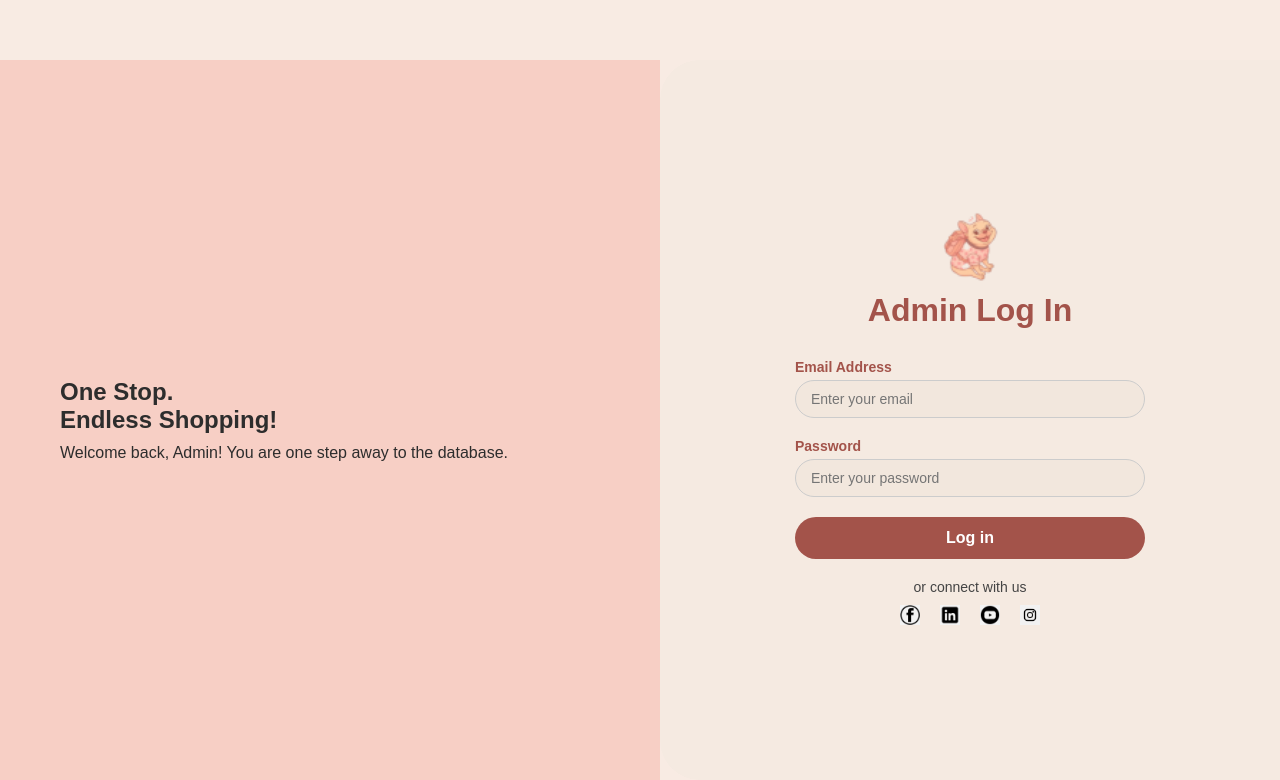
Repository: Yanayana-p/Bullgoods
Page: /adminlogin (app in Bullgoodiez/)
An editor plug-in stored every save of this project. The page is shown before and after the next save, followed by the edit.
The browser window is 1280 px wide. The pictures show the whole page.
Some web fonts or font styles are not loaded; a fallback is used. The project was rebuilt for these pictures with package versions that can differ from the ones it lists, and the page was loaded fresh each time. Also part of the build but not shown: Bullgoodiez/vite.config.js, Bullgoodiez/src/components/Navbar.css, Bullgoodiez/src/components/Navbar.jsx, Bullgoodiez/src/components/Home.jsx, Bullgoodiez/src/components/Developers.css, Bullgoodiez/src/components/Developers.jsx, Bullgoodiez/src/components/Mission1.css, Bullgoodiez/src/components/Mission1.jsx and 22 more.

Above is the page before, as saved 2025-05-18 22:26:21.

### Bullgoodiez/index.html
<!doctype html>
<html lang="en">
  <head>
    <meta charset="UTF-8" />
    <link rel="icon" type="image/svg+xml" href="/vite.svg" />
    <meta name="viewport" content="width=device-width, initial-scale=1.0" />
    <title>Bullgoods Marketplace</title>
       <!-- Google Fonts link-->
       <link href="https://fonts.googleapis.com/css2?family=Poetsen+One&display=swap" rel="stylesheet">
       <link rel="preconnect" href="https://fonts.googleapis.com">
   <link rel="preconnect" href="https://fonts.gstatic.com" crossorigin>
   <link href="https://fonts.googleapis.com/css2?family=Poppins:ital,wght@0,100;0,200;0,300;0,400;0,500;0,600;0,700;0,800;0,900;1,100;1,200;1,300;1,400;1,500;1,600;1,700;1,800;1,900&display=swap" rel="stylesheet">
   <link rel="preconnect" href="https://fonts.googleapis.com">
   <link rel="preconnect" href="https://fonts.gstatic.com" crossorigin>
   <link href="https://fonts.googleapis.com/css2?family=League+Spartan:wght@100..900&family=Poppins:ital,wght@0,100;0,200;0,300;0,400;0,500;0,600;0,700;0,800;0,900;1,100;1,200;1,300;1,400;1,500;1,600;1,700;1,800;1,900&display=swap" rel="stylesheet">

  </head>
  <body>
    <div id="root"></div>
    <script type="module" src="/src/main.jsx"></script>
  </body>
</html>

### Bullgoodiez/src/index.css
* {
  margin: 0;
  padding: 0;
  box-sizing: border-box;
}

body {
  font-family: 'Segoe UI', sans-serif;
  background-color: #F2E7DD;
  color: #333;
}

a {
  text-decoration: none;
  color: inherit;
}

html {
  scroll-behavior: smooth;
}

### Bullgoodiez/src/App.jsx
import React from 'react';
import { useParams } from 'react-router-dom';
import { BrowserRouter as Router, Routes, Route } from 'react-router-dom';

// Main page components
import Navbar from './components/Navbar';
import Home from './components/Home';
import Developers from './components/Developers';
import Mission from './components/Mission1';
import Footer from './components/Footer1';

// First page components
import Fnavbar1 from './firstpage/Fnavbar';
import Fhome from './firstpage/Fhome';
import Fcategory from './firstpage/fcategory';
import Fproducts from './firstpage/Fproducts';
import Ffooter from './firstpage/Ffooter';

// User page components
import Unavbar from './userpage/Unavbar';
import Uprofile from './userpage/Uprofile';
import Uinfo from './userpage/Uinfo';
import Ufooter from './userpage/Ufooter';

import LoginPage from './loginpage/loginpage';
import Navibar from './components/Navibar';

import Pnavbar from './dproductpage/Pnavbar';
import Pproduct from './dproductpage/Pproduct';
import Pfooter from './dproductpage/Pfooter';

import Alogin from './adminlogin/alogin';


function MainPage() {
  return (
    <>
      <Navbar />
      <div id="hero">
        <Home />
      </div>
      <div id="developers">
        <Developers />
      </div>
      <div id="mission">
        <Mission />
      </div>
      <div id="footer">
        <Footer />
      </div>
    </>
  );
}

function FirstPage() {
  return (
    <>
      <Fnavbar1 />
      <div className="fhome-wrapper">
        <Fhome />
      </div>
      <div className="fcategory-wrapper">
        <Fcategory />
      </div>
      <div className="fproducts-wrapper">
        <Fproducts />
      </div>
      <div className="ffooter-wrapper">
        <Ffooter />
      </div>
    </>
  );
}

function UserPage() {
  return (
    <>
      <Unavbar />
      <div className="Uprofile-wrapper">
        <Uprofile />
      </div>
      <div className="Uinfo-wrapper">
        <Uinfo />
      </div>
      <div className="Ufooter-wrapper">
        <Ufooter />
      </div>
    </>
  );
}

function ProductPage() {
  const { id } = useParams();
  return (
    <>
      <Pnavbar />
      <div className="product-wrapper">
        <Pproduct productId={id} />
      </div>
      <Pfooter />
    </>
  );
}

function AdminLogin() {
  return (
    <>
      <Alogin />
    </>
  );
}

function App() {
  return (
    <Router>
      <Routes>
        <Route path="/" element={<MainPage />} />
        <Route path="/firstpage" element={<FirstPage />} />
        <Route path="/userpage" element={<UserPage />} />
        <Route path="/loginpage" element={<><Navibar /> <LoginPage /></>} />
        <Route path="/dproductpage/:id" element={<ProductPage />} />
        <Route path="/adminlogin" element={<AdminLogin />} />
      </Routes>
    </Router>
  );
}

export default App;

### Bullgoodiez/src/adminlogin/alogin.jsx
import React from 'react';
import './alogin.css';

const alogin = () => {
  return (
    <div className="admin-login-page">
      <div className="admin-left-panel">
        <h2>One Stop.<br />Endless Shopping!</h2>
        <p>Welcome back, Admin! You are one step away to the database.</p>
      </div>

      <div className="admin-right-panel">
        <img src="/webcon.png" alt="Bullgoods" className="logo" />
        <h1>Admin Log In</h1>
        <form className="login-form">
          <label>Email Address</label>
          <input type="email" placeholder="Enter your email" />

          <label>Password</label>
          <input type="password" placeholder="Enter your password" />

          <button type="submit">Log in</button>
        </form>

        <p className="connect-text">or connect with us</p>
        <div className="social-icons">
          <a href="#"><img src="/fb-icon.png" alt="Facebook" /></a>
          <a href="#"><img src="/linkedin-icon.png" alt="LinkedIn" /></a>
          <a href="#"><img src="/youtube-icon.png" alt="YouTube" /></a>
          <a href="#"><img src="/instagram-icon.png" alt="Instagram" /></a>
        </div>
      </div>
    </div>
  );
};

export default alogin;

### Bullgoodiez/src/components/Home.css
@import url('https://fonts.googleapis.com/css2?family=Dancing+Script:wght@400;700&family=Poppins:wght@400;600&display=swap');

.home-container {
    padding-top: 100px;
    text-align: center;
}

.hero-section {
    background-color: #f0f0f0;
    padding: 100px 40px;
    border: 2px solid #CA8E82;
    border-radius: 36px;
    max-width: 1500px;
    margin: 0 auto;
    display: flex;
    justify-content: space-between;
    align-items: center;
    gap: 0px;
    transition: transform 0.3s ease-in-out;
}

.hero-section:hover {
    transform: translateY(-10px);
}

.hero-section .image-container {
    width: 50%;
}

.hero-section img {
    width: 80%;
    height: auto;
    transition: transform 0.3s ease-in-out;
}

.hero-section img:hover {
    transform: scale(1.1);
}

.hero-section .text-container {
    width: 50%;
    text-align: center;
    display: flex;
    flex-direction: column;
    align-items: center;
    justify-content: center;
}

.hero-section h1 {
    font-family: 'Dancing Script', cursive;
    font-size: 48px;
    color: #CA8E82;
    margin-bottom: 20px;
    letter-spacing: 1px;
    animation: fadeIn 1s ease-out;
}

@keyframes fadeIn {
    0% {
        opacity: 0;
        transform: translateY(20px);
    }
    100% {
        opacity: 1;
        transform: translateY(0);
    }
}

.hero-section p {
    font-family: 'Poppins', sans-serif;
    font-size: 20px;
    color: #666;
    line-height: 1.6;
    letter-spacing: 0.5px;
    opacity: 0;
    animation: fadeIn 1.5s ease-out forwards;
    animation-delay: 0.5s;
}

.shop-now {
    padding: 10px 30px;
    background-color: #CA8E82;
    border: none;
    color: white;
    font-size: 18px;
    font-weight: bold;
    cursor: pointer;
    border-radius: 27px;
    margin-top: 20px;
    transition: background-color 0.3s ease, transform 0.3s ease;
}

.shop-now:hover {
    background-color: #292421;
    transform: translateY(-5px);
}

.features {
    padding: 50px 20px;
}

.features h2 {
    font-size: 30px;
    color: #333;
    font-family: 'Poppins', sans-serif;
    font-weight: 600;
}

.feature-cards {
    display: flex;
    justify-content: center;
    gap: 30px;
    margin-top: 40px;
}

.feature-card {
    background-color: #f8f8f8;
    border: 1px solid #ddd;
    padding: 20px;
    width: 250px;
    text-align: center;
    border-radius: 10px;
    transition: transform 0.3s ease, box-shadow 0.3s ease;
}

.feature-card:hover {
    transform: translateY(-10px);
    box-shadow: 0 8px 16px rgba(0, 0, 0, 0.1);
}

.feature-card h3 {
    font-size: 20px;
    color: #CA8E82;
    font-family: 'Dancing Script', cursive;
    transition: color 0.3s ease;
}

.feature-card:hover h3 {
    color: #292421;
}

.feature-card p {
    font-size: 16px;
    color: #555;
    font-family: 'Poppins', sans-serif;
    transition: color 0.3s ease;
}

.feature-card:hover p {
    color: #CA8E82;
}

### Bullgoodiez/src/components/Footer1.css
.footer {
    display: flex;
    justify-content: space-between;
    padding: 30px;
    background-color: #f2e7dd; /* Background color for the footer */
    color: #CA8E82; /* Text color */
    font-family: 'Arial', sans-serif;
    margin-top: 30px; /* Ensure there's space between the content and the footer */
    z-index: 1;  /* Set a lower z-index than the navbar if needed */
    position: relative; /* Ensures the footer is positioned within the normal document flow */
  }

  .footer-left {
    flex: 1;
    text-align: left;
  }

  .footer-left h2 {
    font-size: 30px;
    margin-bottom: 10px;
  }

  .social-icons a {
    margin-right: 15px;
  }

  .social-icons img {
    width: 20px;
    height: 20px;
  }

  .footer-right {
    color: #000000;
    flex: 2;
    display: flex;
    justify-content: space-between;
  }

  .footer-column {
    font-size: 15px;
    display: flex;
    flex-direction: column;
    width: 200px; /* Adjust width per column */
  }

  .footer-column h4 {
    font-size: 20px;
    margin-bottom: 10px;
  }

  .footer-column ul {
    list-style-type: none;
    padding: 0;
  }

  .footer-column li {
    margin-bottom: 8px;
    font-size: 16px;
  }

  .footer-column li:hover {
    text-decoration: underline;
  }

### Bullgoodiez/src/firstpage/Fnavbar.css
.fnavbar {
    display: flex;
    justify-content: space-between;
    align-items: center;
    padding: 10px 20px;
    background-color: #F2E7DD;
    position: fixed;
    top: 0;
    left: 0;
    right: 0;
    z-index: 100;
    transition: background-color 0.3s ease, box-shadow 0.3s ease;
  }

  .fnavbar-left {
    display: flex;
    justify-content: flex-start;
}

.fnavbar-center {
    display: flex;
    justify-content: center;
    flex: 2; /* This will take up more space in the middle */
}

.fnavbar-logo {
    height: 40px;
    margin-top: 10px;
}

.fnavbar-right {
    display: flex;
    gap: 10px;
    align-items: center;
    justify-content: center; /* Center the buttons */
    flex: 17; /* Ensures the right side only takes as much space as it needs */
}

.icon-button {
    background-color: #292421;
    color: #f3e7dd;
    border: none;
    border-radius: 37%;
    width: 40px;
    height: 40px;
    font-size: 18px;
    display: flex;
    align-items: center;
    justify-content: center;
    cursor: pointer;
    margin-top: 20px;
    transition: background-color 0.3s ease;
}

.icon-button:hover {
    background-color: #CA8E82;
}

  .start-selling {
    background-color: #292421;
    color: #f3e7dd;
    border: none;
    padding: 13px 34px;
    border-radius: 27px;
    font-weight: bold;
    cursor: pointer;
    margin-top: 20px;
    transition: background-color 0.3s ease;
  }

  .start-selling:hover {
    background-color: #CA8E82;
  }


  body {
    padding-top: 60px;
  }

### Bullgoodiez/src/firstpage/Ffooter.css
.footer {
    display: flex;
    justify-content: space-between;
    padding: 30px;
    background-color: #f2e7dd; /* Background color for the footer */
    color: #CA8E82; /* Text color */
    font-family: 'Arial', sans-serif;
    margin-top: 30px; /* Ensure there's space between the content and the footer */
    z-index: 1;  /* Set a lower z-index than the navbar if needed */
    position: relative; /* Ensures the footer is positioned within the normal document flow */
  }

  .footer-left {
    flex: 1;
    text-align: left;
  }

  .footer-left h2 {
    font-size: 30px;
    margin-bottom: 10px;
  }

  .social-icons a {
    margin-right: 15px;
  }

  .social-icons img {
    width: 20px;
    height: 20px;
  }

  .footer-right {
    color: #000000;
    flex: 2;
    display: flex;
    justify-content: space-between;
  }

  .footer-column {
    font-size: 15px;
    display: flex;
    flex-direction: column;
    width: 200px; /* Adjust width per column */
  }

  .footer-column h4 {
    font-size: 20px;
    margin-bottom: 10px;
  }

  .footer-column ul {
    list-style-type: none;
    padding: 0;
  }

  .footer-column li {
    margin-bottom: 8px;
    font-size: 16px;
  }

  .footer-column li:hover {
    text-decoration: underline;
  }

### Bullgoodiez/src/userpage/Uinfo.css
.user-form-minimal {
    width: 50%;
    margin-left: 2rem;
    padding: 2rem;
    background: none;
    box-shadow: none;
    transition: all 0.3s ease-in-out;
  }

  .user-form-minimal h2 {
    font-size: 1.8rem;
    margin-bottom: 1.5rem;
  }

  .form-row {
    display: flex;
    gap: 1rem;
    margin-bottom: 1rem;
  }

  .form-group {
    flex: 1;
    display: flex;
    flex-direction: column;
    transition: all 0.3s ease;
  }

  label {
    margin-bottom: 0.5rem;
    font-weight: bold;
  }

  input {
    padding: 0.5rem;
    border: 1px solid #ccc;
    border-radius: 4px;
    transition: border 0.3s ease, box-shadow 0.3s ease;
    background-color: #F2E7DD;
  }

  input:focus {
    border-color: #000;
    box-shadow: 0 0 5px rgba(0, 0, 0, 0.2);
    outline: none;
  }

  .submit-btn {
    width: 100%;
    padding: 0.75rem;
    background-color: #000;
    border-radius: 8px;
    color: white;
    border: none;
    margin-top: 1rem;
    cursor: pointer;
    transition: background-color 0.3s ease;
  }

  .submit-btn:hover {
    background-color: #333;
  }

  .action-buttons {
    display: flex;
    justify-content: space-between;
    margin-top: 1rem;
  }

  .edit-btn,
  .delete-btn {
    flex: 1;
    padding: 0.75rem;
    margin: 0.5rem;
    border: none;
    cursor: pointer;
    border-radius: 8px;
    transition: background-color 0.3s ease, transform 0.2s ease;
  }

  .edit-btn {
    background-color: #000;
    color: #F2E7DD;
  }

  .edit-btn:hover {
    background-color: #333;
    transform: scale(1.02);
  }

  .delete-btn {
    background-color: #b23b3b;
    color: white;
  }

  .delete-btn:hover {
    background-color: #911c1c;
    transform: scale(1.02);
  }

### Bullgoodiez/src/userpage/Ufooter.css
.footer {
    display: flex;
    justify-content: space-between;
    padding: 30px;
    background-color: #f2e7dd; /* Background color for the footer */
    color: #CA8E82; /* Text color */
    font-family: 'Arial', sans-serif;
    margin-top: 30px; /* Ensure there's space between the content and the footer */
    z-index: 1;  /* Set a lower z-index than the navbar if needed */
    position: relative; /* Ensures the footer is positioned within the normal document flow */
  }

  .footer-left {
    flex: 1;
    text-align: left;
  }

  .footer-left h2 {
    font-size: 30px;
    margin-bottom: 10px;
  }

  .social-icons a {
    margin-right: 15px;
  }

  .social-icons img {
    width: 20px;
    height: 20px;
  }

  .footer-right {
    color: #000000;
    flex: 2;
    display: flex;
    justify-content: space-between;
  }

  .footer-column {
    font-size: 15px;
    display: flex;
    flex-direction: column;
    width: 200px; /* Adjust width per column */
  }

  .footer-column h4 {
    font-size: 20px;
    margin-bottom: 10px;
  }

  .footer-column ul {
    list-style-type: none;
    padding: 0;
  }

  .footer-column li {
    margin-bottom: 8px;
    font-size: 16px;
  }

  .footer-column li:hover {
    text-decoration: underline;
  }

### Bullgoodiez/src/dproductpage/Pproduct.css
body {
  margin: 0;
  font-family: Arial, sans-serif;
  background-color: #f8ebe3;
}

.page-container {
  padding-top: 100px;
  display: flex;
  justify-content: center;
  overflow-x: hidden;
}

.product-container {
  display: flex;
  flex-direction: row;
  gap: 40px;
  max-width: 1000px;
  width: 100%;
  padding: 40px;
  border-radius: 12px;
  color: black;
  box-shadow: 0 2px 10px rgba(0, 0, 0, 0.1);
  flex-wrap: wrap; /* Allow wrap for responsiveness */
}

.image-section {
  flex: 1;
  min-width: 300px;
  display: flex;
  align-items: center;
  justify-content: center;
}

.main-image {
  width: 300px;
  height: 300px;
  object-fit: cover;
  border-radius: 10px;
  border: 2px solid #ccc;
}

.details-section {
  flex: 1;
  min-width: 300px;
  max-width: 100%;
  display: flex;
  flex-direction: column;
  justify-content: flex-start;
  overflow-y: auto;
  max-height: 400px; /* Set a height limit to allow scroll */
}

.details-section h2 {
  margin-bottom: 10px;
  font-size: 28px;
}

.price {
  color: #8b2d2d;
  font-size: 22px;
  margin-bottom: 15px;
}

.details-section p {
  font-size: 16px;
  line-height: 1.6;
  margin-bottom: 20px;
  word-wrap: break-word;
}

.button-row {
  display: flex;
  gap: 15px;
  flex-wrap: wrap;
}

.btn {
  padding: 10px 20px;
  background-color: #8b2d2d;
  color: white;
  border: none;
  border-radius: 20px;
  cursor: pointer;
  transition: background-color 0.3s;
}

.btn:hover {
  background-color: #5f1c1c;
}

.product-not-found {
  margin-top: 100px;
  text-align: center;
  font-size: 20px;
  color: red;
}

### Bullgoodiez/src/dproductpage/Pfooter.css
.footer {
    display: flex;
    justify-content: space-between;
    padding: 30px;
    background-color: #f2e7dd; /* Background color for the footer */
    color: #CA8E82; /* Text color */
    font-family: 'Arial', sans-serif;
    margin-top: 30px; /* Ensure there's space between the content and the footer */
    z-index: 1;  /* Set a lower z-index than the navbar if needed */
    position: relative; /* Ensures the footer is positioned within the normal document flow */
    flex-shrink: 0;
  }

  .footer-left {
    flex: 1;
    text-align: left;
  }

  .footer-left h2 {
    font-size: 30px;
    margin-bottom: 10px;
  }

  .social-icons a {
    margin-right: 15px;
  }

  .social-icons img {
    width: 20px;
    height: 20px;
  }

  .footer-right {
    color: #000000;
    flex: 2;
    display: flex;
    justify-content: space-between;
  }

  .footer-column {
    font-size: 15px;
    display: flex;
    flex-direction: column;
    width: 200px; /* Adjust width per column */
  }

  .footer-column h4 {
    font-size: 20px;
    margin-bottom: 10px;
  }

  .footer-column ul {
    list-style-type: none;
    padding: 0;
  }

  .footer-column li {
    margin-bottom: 8px;
    font-size: 16px;
  }

  .footer-column li:hover {
    text-decoration: underline;
  }

### Bullgoodiez/src/adminlogin/alogin.css
.admin-login-page {
  display: flex;
  height: 100vh;
  font-family: 'Arial', sans-serif;
}

.admin-left-panel {
  flex: 1;
  background-color: #f7cfc5;
  color: #2d2d2d;
  display: flex;
  flex-direction: column;
  justify-content: center;
  padding: 0 60px;
}

.admin-left-panel h2 {
  font-size: 24px;
  font-weight: bold;
  margin-bottom: 10px;
}

.admin-left-panel p {
  font-size: 16px;
}

.admin-right-panel {
  flex: 1;
  background-color: #f5eae1;
  display: flex;
  flex-direction: column;
  justify-content: center;
  align-items: center;
  padding: 40px;
  border-top-left-radius: 40px;
  border-bottom-left-radius: 40px;
}

.logo {
  width: 60px;
  margin-bottom: 10px;
}

h1 {
  color: #a3534a;
  margin-bottom: 30px;
}

.login-form {
  width: 100%;
  max-width: 350px;
  display: flex;
  flex-direction: column;
}

.login-form label {
  color: #a3534a;
  margin-bottom: 5px;
  font-size: 14px;
}

.login-form input {
  margin-bottom: 20px;
  padding: 10px 15px;
  border-radius: 20px;
  border: 1px solid #ccc;
  outline: none;
  font-size: 14px;
}

.login-form button {
  background-color: #a3534a;
  color: white;
  border: none;
  border-radius: 25px;
  padding: 12px 0;
  font-weight: bold;
  cursor: pointer;
  font-size: 16px;
  transition: background-color 0.3s ease;
}

.login-form button:hover {
  background-color: #7b3e38;
}

.connect-text {
  margin: 20px 0 10px;
  font-size: 14px;
  color: #444;
}

.social-icons a {
  margin: 0 10px;
}

.social-icons img {
  width: 20px;
  height: 20px;
}

Loaded but not shown: Bullgoodiez/src/main.jsx (common file); Bullgoodiez/src/firstpage/Fhome.css (121 lines, source omitted)

After the next save:
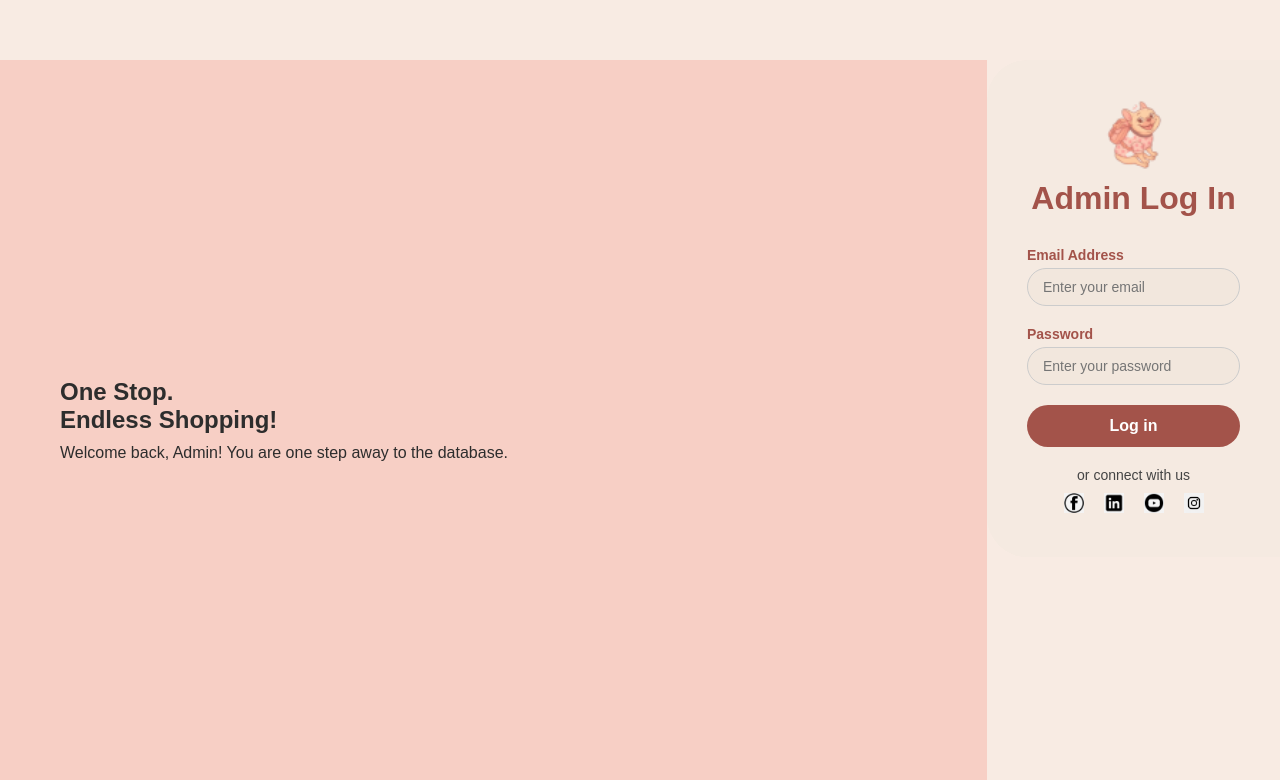
Saved 4 min 43 s later.
--- a/Bullgoodiez/src/adminlogin/alogin.jsx
+++ b/Bullgoodiez/src/adminlogin/alogin.jsx
@@ -1,7 +1,7 @@
 import React from 'react';
 import './alogin.css';
 
-const alogin = () => {
+const Alogin = () => {
   return (
     <div className="admin-login-page">
       <div className="admin-left-panel">
@@ -9,29 +9,31 @@ const alogin = () => {
         <p>Welcome back, Admin! You are one step away to the database.</p>
       </div>
 
-      <div className="admin-right-panel">
-        <img src="/webcon.png" alt="Bullgoods" className="logo" />
-        <h1>Admin Log In</h1>
-        <form className="login-form">
-          <label>Email Address</label>
-          <input type="email" placeholder="Enter your email" />
+      <div className="admin-right-wrapper">
+        <div className="admin-right-panel">
+          <img src="/webcon.png" alt="Bullgoods" className="logo" />
+          <h1>Admin Log In</h1>
+          <form className="login-form">
+            <label>Email Address</label>
+            <input type="email" placeholder="Enter your email" />
 
-          <label>Password</label>
-          <input type="password" placeholder="Enter your password" />
+            <label>Password</label>
+            <input type="password" placeholder="Enter your password" />
 
-          <button type="submit">Log in</button>
-        </form>
+            <button type="submit">Log in</button>
+          </form>
 
-        <p className="connect-text">or connect with us</p>
-        <div className="social-icons">
-          <a href="#"><img src="/fb-icon.png" alt="Facebook" /></a>
-          <a href="#"><img src="/linkedin-icon.png" alt="LinkedIn" /></a>
-          <a href="#"><img src="/youtube-icon.png" alt="YouTube" /></a>
-          <a href="#"><img src="/instagram-icon.png" alt="Instagram" /></a>
+          <p className="connect-text">or connect with us</p>
+          <div className="social-icons">
+            <a href="#"><img src="/fb-icon.png" alt="Facebook" /></a>
+            <a href="#"><img src="/linkedin-icon.png" alt="LinkedIn" /></a>
+            <a href="#"><img src="/youtube-icon.png" alt="YouTube" /></a>
+            <a href="#"><img src="/instagram-icon.png" alt="Instagram" /></a>
+          </div>
         </div>
       </div>
     </div>
   );
 };
 
-export default alogin;
+export default Alogin;
